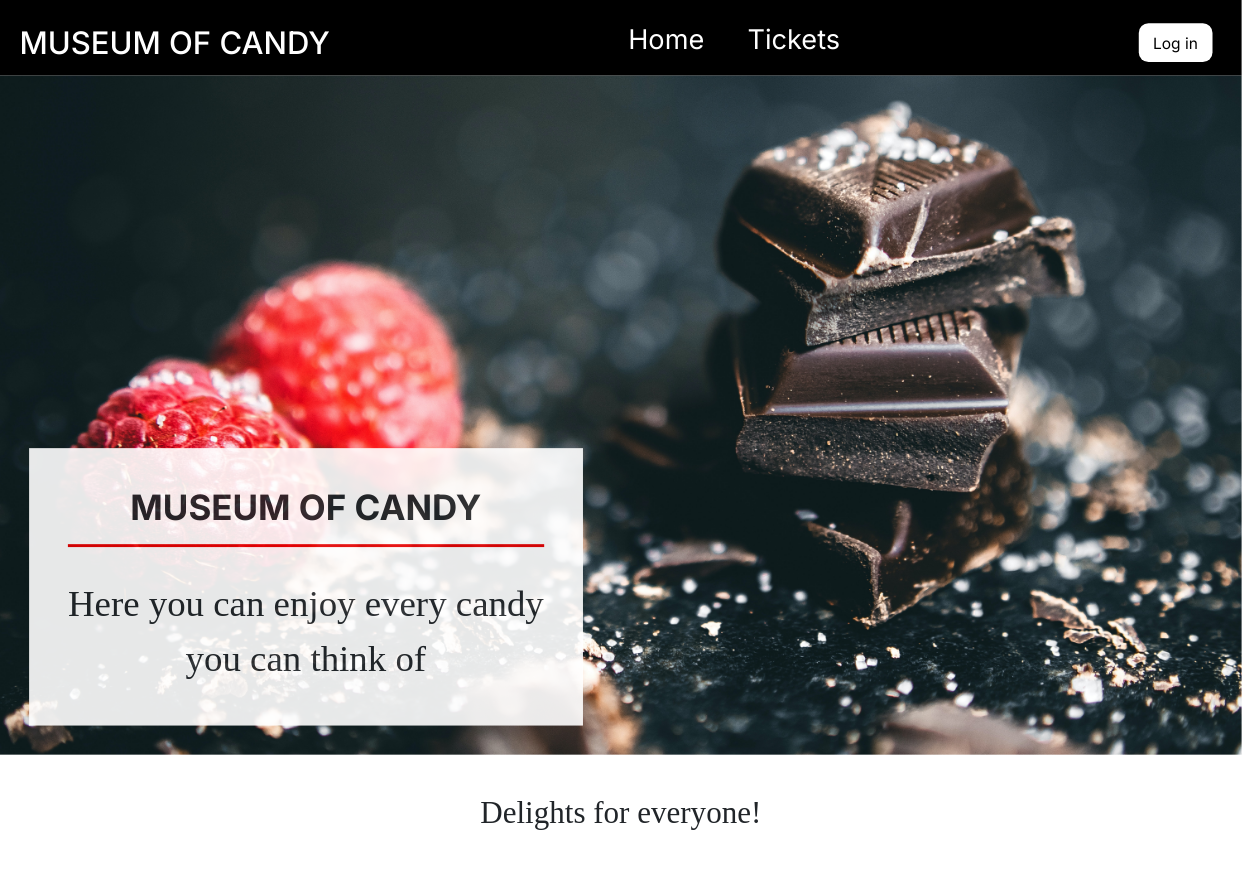
Repository: m-koparanova/MuseumOfCandy
Page: index.html
An editor plug-in stored every save of this project. The page is shown before and after the next save, followed by the edit.
The browser window is 1280 px wide. The pictures show the whole page, at 97% of full size.
Some web fonts or font styles are not loaded; a fallback is used.

Above is the page before, as saved 2023-03-05 20:17:30.

### index.html
<!DOCTYPE html>
<html lang="en">
<head>
    <meta charset="UTF-8">
    <meta http-equiv="X-UA-Compatible" content="IE=edge">
    <meta name="viewport" content="width=device-width, initial-scale=1.0">
    <title>Document</title>
    <link rel="stylesheet" href="https://cdn.jsdelivr.net/npm/bootstrap@4.6.2/dist/css/bootstrap.min.css" integrity="sha384-xOolHFLEh07PJGoPkLv1IbcEPTNtaed2xpHsD9ESMhqIYd0nLMwNLD69Npy4HI+N" crossorigin="anonymous">

    <link rel="stylesheet" href="style.css">

</head>
<body>
    <nav class="nav-bar">
        <div class="top-nav">
            <h2 class="logo">MUSEUM OF CANDY</h2>
            <ul>
                <li class="nav"><a href="#">Home</a></li>
                <li class="nav"><a href="#">Tickets</a></li>
            </ul>
            <button class="button">Log in</button>
        </div>

    </nav>

    <tbody>
        <div class="image-container">
            <img src="pics\pexels-lisa-fotios-918327.jpg" alt="" class="image">
            <div class="text-container">
                <h3>MUSEUM OF CANDY</h3>
                <hr>
                <p>Here you can enjoy every candy<br>you can think of</p>
            </div>
        </div>

        <div>
            <h2 class="delights-text" id="delights-text">Delights for everyone!</h2>
        </div>
    </tbody>


    <script src="https://cdn.jsdelivr.net/npm/jquery@3.5.1/dist/jquery.slim.min.js" integrity="sha384-DfXdz2htPH0lsSSs5nCTpuj/zy4C+OGpamoFVy38MVBnE+IbbVYUew+OrCXaRkfj" crossorigin="anonymous"></script>
    <script src="https://cdn.jsdelivr.net/npm/bootstrap@4.6.2/dist/js/bootstrap.bundle.min.js" integrity="sha384-Fy6S3B9q64WdZWQUiU+q4/2Lc9npb8tCaSX9FK7E8HnRr0Jz8D6OP9dO5Vg3Q9ct" crossorigin="anonymous"></script>

</body>
</html>

### style.css
@import url('https://fonts.googleapis.com/css2?family=Inter:wght@100;200;300;400;500;600;700;800;900&display=swap');
@import url('https://fonts.googleapis.com/css2?family=Italianno&display=swap');


*{
    margin: 0;
    padding: 0;
}

.nav-bar{
    background: black;
}

.logo {
    font-family: 'Inter', sans-serif, bold;
    color: white;
}

.top-nav{
    display: flex;
    align-items: center;
    justify-content: space-between;
    padding-top: 20px;
    padding-left: 20px;

}

.top-nav ul li{
    display: inline-block;
    list-style-type: none;
    padding-left: 20px;
    padding-right: 20px;
    font-family: 'Inter', sans-serif;
    font-size: 28px;
}

.top-nav ul li a{
    text-decoration: none;
    color: white;
}

.top-nav ul li a:hover{
    color: rgb(215, 5, 5);
    transition: .3s;
}

.button{
    border: none;
    background: white;
    border-radius: 10px;
    padding: 8px 15px 8px 15px;
    margin-right: 30px;
    margin-bottom: 10px;
    font-family: 'Inter', sans-serif;
    text-align: center;
}

.button:hover{
    background: rgb(215, 5, 5);
    color: white;
}

.image-container {
    position: relative;
    text-align: center;
}

.image{
    object-fit: cover;
    width: 100%;
    height: 700px;
}

.text-container{
    position: absolute;
    bottom: 30px;
    left: 30px;
    background: white;
    opacity: 90%;
    padding: 40px 40px 40px 40px ;
}

.image-container div hr{
    border-width: 3px;
    opacity: 100%;
    background: red;
}
.image-container div h3{
    font-family: "Inter", sans-serif;
    font-size: 36px;
    font-weight: 700;
}

.image-container div p{
    font-family: 'Italianno', cursive;
    font-size: 38px;
    margin-top: 30px;
    margin-bottom: 0px;
}

.delights-text{
    font-family: 'Italianno', cursive;
    text-align: center;
    margin: 40px 0px 40px 0px;
}

After the next save:
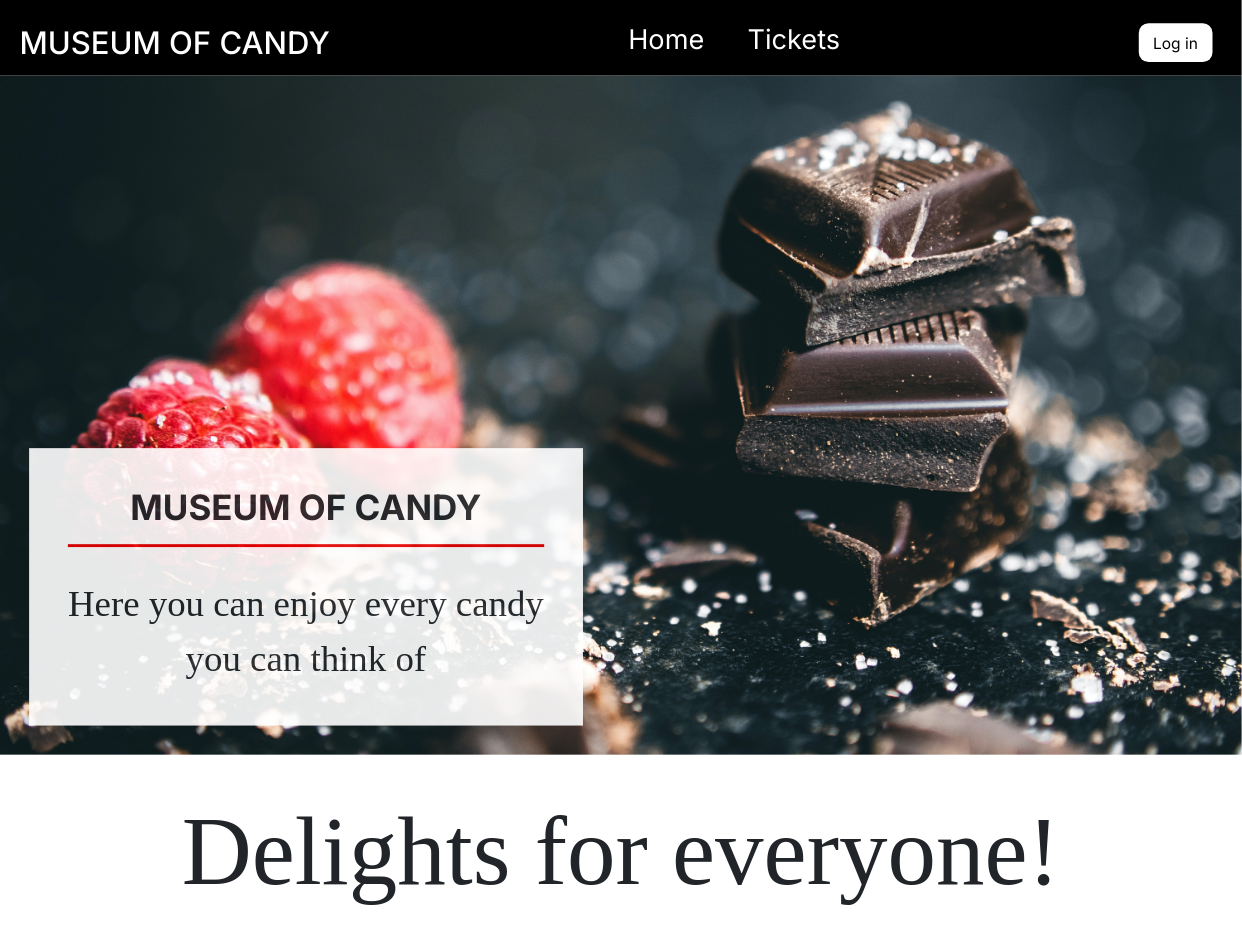
Saved 31 s later.
--- a/style.css
+++ b/style.css
@@ -102,4 +102,5 @@
     font-family: 'Italianno', cursive;
     text-align: center;
     margin: 40px 0px 40px 0px;
+    font-size: 100px;
 }
